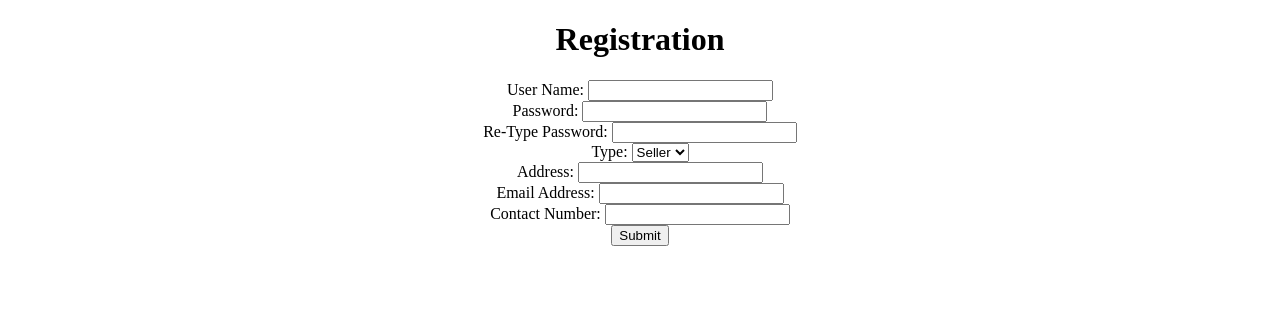
Repository: HariharanMiracle/CodeComplexity
Page: http://localhost/Paf_assignment/Register.jsp
An editor plug-in stored every save of this project. The page is shown before and after the next save, followed by the edit.
The browser window is 1280 px wide. The pictures show the whole page.
The page is served by Tomcat 9. Other server files are loaded and not shown.

Above is the page before, as saved 2019-04-29 19:19:55.

### Paf_assignment/WebContent/Register.jsp
<%@ page language="java" contentType="text/html; charset=ISO-8859-1"
    pageEncoding="ISO-8859-1"%>
<!DOCTYPE html>
<html>
<head>
<meta charset="ISO-8859-1">
<title>Insert title here</title>
</head>
<body>


				<!-- Main Content -->
				<form style = "text-align: center" action="paf/member/Register" method="POST" onsubmit="return validate()">
					<h1>Registration</h1>
					<label>User Name:</label> <input type="text" name="username" id = "username" required/><br/>
					<label>Password:</label> <input type="password" name="password" id = "pw" required/><br/>
					<label>Re-Type Password:</label> <input type="password" name="rpassword" id = "cpw" required/><br/>
					<label>Type:</label>
					<select name = "type">
					  <option value="Seller">Seller</option>
					  <option value="Buyer">Buyer</option>
					</select><br/>
					<label>Address:</label> <input type="text" name="address" id="address" required/><br/>
					<label>Email Address:</label> <input type="email" name="mailAddress" required/><br/>
					<label>Contact Number:</label> <input type="text" name="contactNumber"  id="contactNumber" required/><br/>
					<input type="submit" value="Submit"/>
				</form>

<script type="text/javascript">
			function validate(){
				var pw =  document.getElementById("pw").value;
				var cpw =  document.getElementById("cpw").value;
				var username =  document.getElementById("username").value;
				var contactNumber =  document.getElementById("contactNumber").value;
				var address =  document.getElementById("address").value;
				if(pw == cpw){
					return true;
				}
				else{
					alert("Please re-type password again!!!");
					return false;
				}
			}

</script>
</body>
</html>

After the next save:
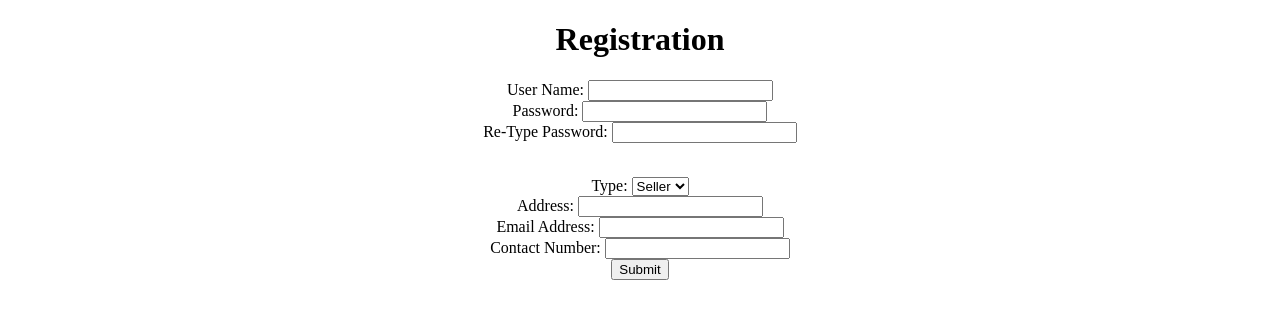
Saved 6 min 39 s later.
--- a/Paf_assignment/WebContent/Register.jsp
+++ b/Paf_assignment/WebContent/Register.jsp
@@ -14,7 +14,7 @@
 					<h1>Registration</h1>
 					<label>User Name:</label> <input type="text" name="username" id = "username" required/><br/>
 					<label>Password:</label> <input type="password" name="password" id = "pw" required/><br/>
-					<label>Re-Type Password:</label> <input type="password" name="rpassword" id = "cpw" required/><br/>
+					<label>Re-Type Password:</label> <input type="password" name="rpassword" id = "cpw" required/><p id="password" style="color:red"></p><br/>
 					<label>Type:</label>
 					<select name = "type">
 					  <option value="Seller">Seller</option>
@@ -33,11 +33,14 @@
 				var username =  document.getElementById("username").value;
 				var contactNumber =  document.getElementById("contactNumber").value;
 				var address =  document.getElementById("address").value;
+				var letters = /^[A-Za-z]+$/;
+				var numeric = /^[0-9]+$/;
+				var alphaNumeric = /^[0-9a-zA-Z]+$/;
 				if(pw == cpw){
 					return true;
 				}
 				else{
-					alert("Please re-type password again!!!");
+					document.getElementById("demo").value = "Re-type password!!!";
 					return false;
 				}
 			}
